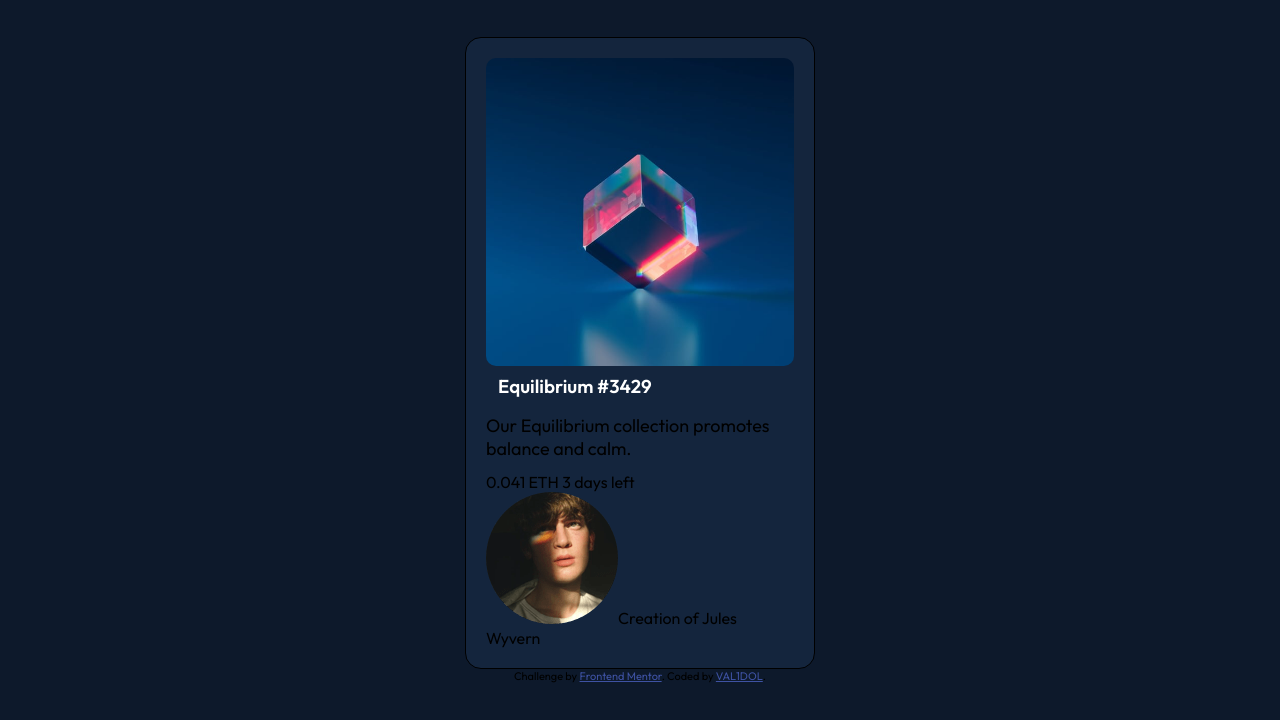
Repository: VAL1DOL-web/fm-NFT-preview-card-component
Page: index.html
These files come from the project's save history. The page is drawn as it stood at one moment and after the next save; the edit follows.
The browser window is 1280 px wide. The pictures show the whole page.

Above is the page before, as saved 2024-01-07 15:17:42.

### index.html
<!DOCTYPE html>
<html lang="en">
<head>
  <meta charset="UTF-8">
  <meta name="viewport" content="width=device-width, initial-scale=1.0"> <!-- displays site properly based on user's device -->

  <link rel="icon" type="image/png" sizes="32x32" href="./images/favicon-32x32.png">
  <link rel="stylesheet" href="style.css">

  <title>NFT preview card component</title>

  <!-- Feel free to remove these styles or customise in your own stylesheet 👍 -->
  <style>
    .attribution { font-size: 11px; text-align: center; }
    .attribution a { color: hsl(228, 45%, 44%); }
  </style>
</head>
<body>
  <div class="container">
    <div class="imgbox">
      <img src="images/image-equilibrium.jpg" alt="">
    </div>
    <div class="textbox">
      <h3>Equilibrium #3429</h3>
      <p>Our Equilibrium collection promotes balance and calm.</p>
    0.041 ETH
    3 days left
    </div>
    <p class="avatar">
      <img src="/images/image-avatar.png" alt="" />Creation of Jules Wyvern
    </p>
  </div>
  <div class="attribution">
    Challenge by <a href="https://www.frontendmentor.io?ref=challenge" target="_blank">Frontend Mentor</a>.
    Coded by <a href="https://github.com/VAL1DOL-web">VAL1DOL</a>.
  </div>
</body>
</html>

### style.css
@import url('https://fonts.googleapis.com/css2?family=Outfit:wght@300;400;600&display=swap');

* {
    font-family: 'Outfit', sans-serif;
    margin: 0;
    padding: 0;
    box-sizing: border-box;
  }

body {
    width: 100%;
    min-height: 100vh;
    display: flex;
    flex-direction: column;
    justify-content: center;
    align-items: center;
    background: hsl(217, 54%, 11%);
  }
  .container {
    width: 350px;
    background-color: hsl(216, 50%, 16%);
    display: flex;
    flex-direction: column;
    border-radius: 16px;
    border: 1px solid;
    padding: 20px;
  }

  .container .imgbox img {
    width: 100%;
    border-radius: 10px;
  }
  .container .textbox {
    display: flex;
    flex-direction: column;
    gap: 12px;
  }
  .textbox h3 {
    color:hsl(0, 0%, 100%);
    display:inline-block;
    padding: 4px 12px;
  }
  .textbox p {
    font-size: 18px;
  }

After the next save:
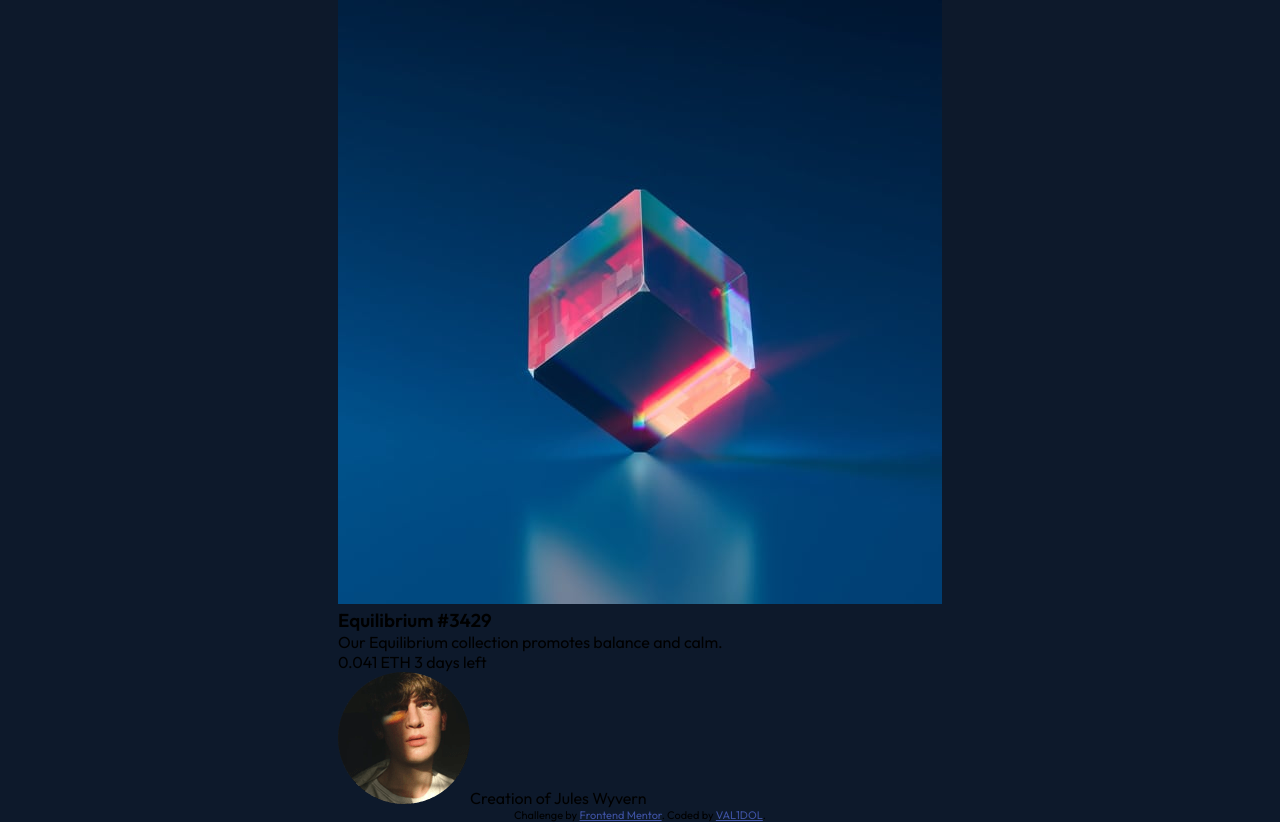
Saved 108 s later.
--- a/style.css
+++ b/style.css
@@ -16,30 +16,3 @@
     align-items: center;
     background: hsl(217, 54%, 11%);
   }
-  .container {
-    width: 350px;
-    background-color: hsl(216, 50%, 16%);
-    display: flex;
-    flex-direction: column;
-    border-radius: 16px;
-    border: 1px solid;
-    padding: 20px;
-  }
-
-  .container .imgbox img {
-    width: 100%;
-    border-radius: 10px;
-  }
-  .container .textbox {
-    display: flex;
-    flex-direction: column;
-    gap: 12px;
-  }
-  .textbox h3 {
-    color:hsl(0, 0%, 100%);
-    display:inline-block;
-    padding: 4px 12px;
-  }
-  .textbox p {
-    font-size: 18px;
-  }
